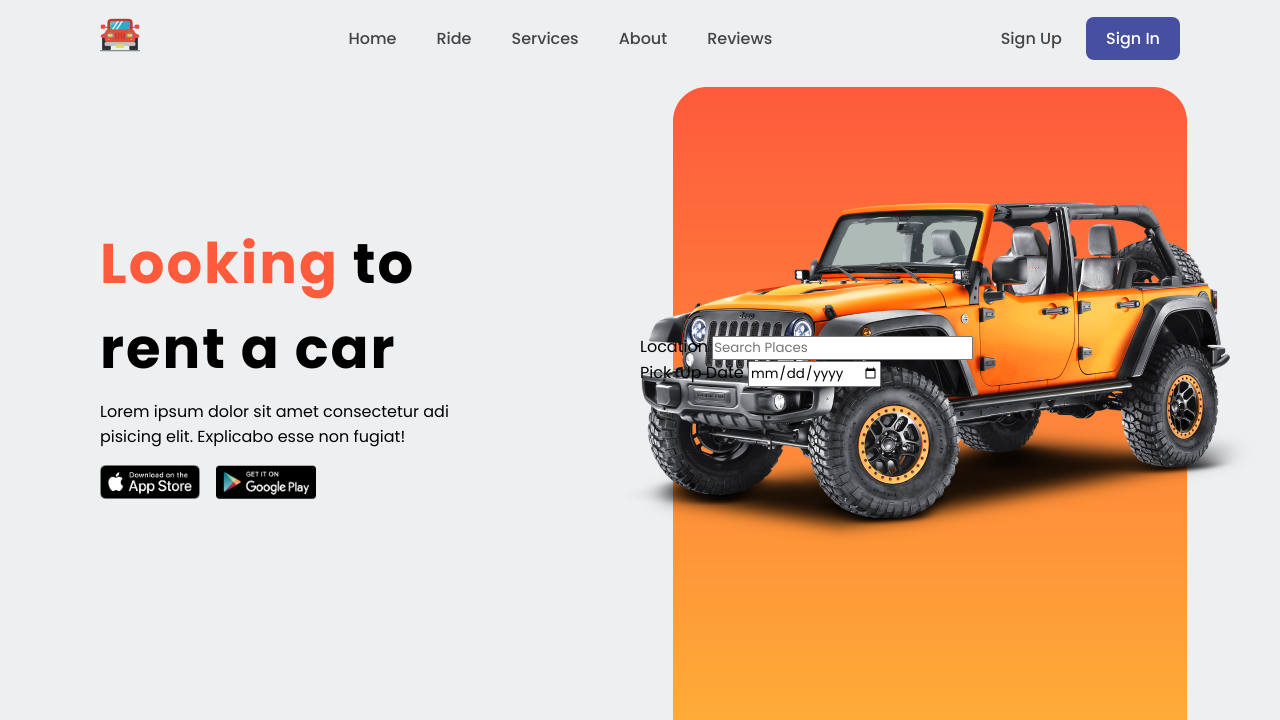
Repository: douglasabnovato/car-rental
Page: index.html
The author's editor kept a copy of each file at every save. The page is drawn from the files as they stood at one save, then again after the next save.
The browser window is 1280 px wide. The pictures show the whole page.

Above is the page before, as saved 2025-05-16 12:01:43.

After the next save:
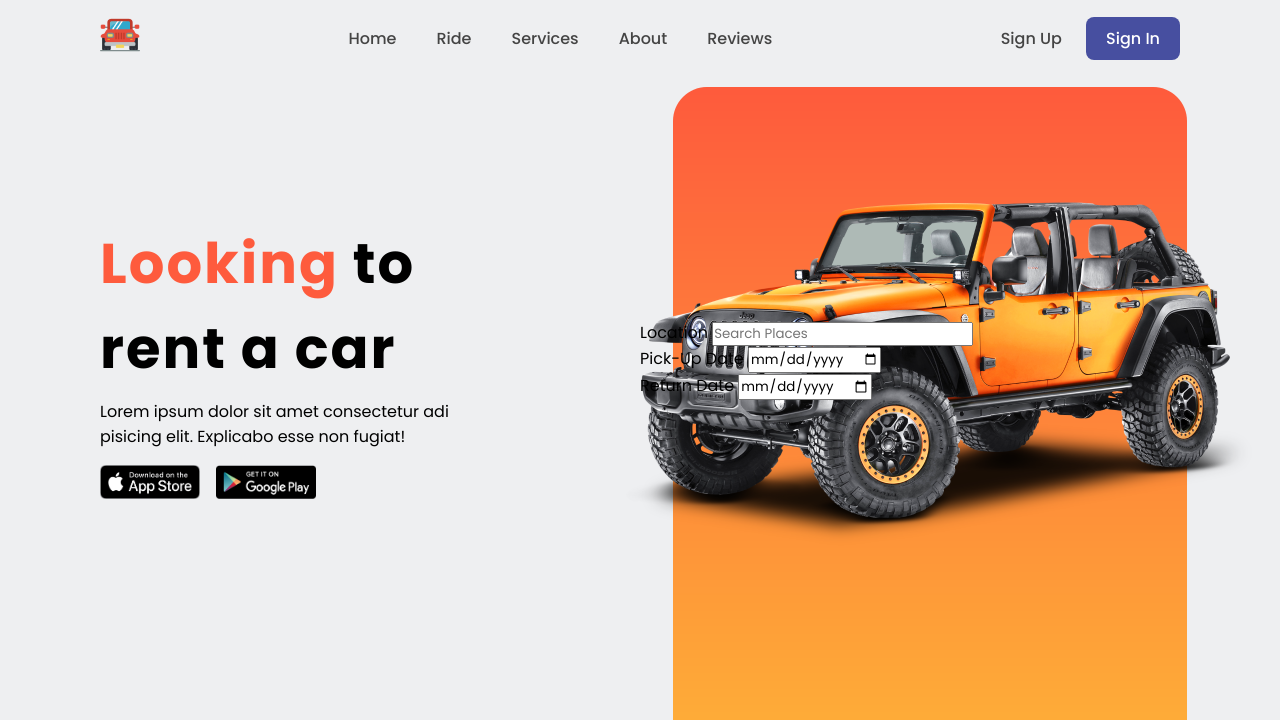
Saved 24 s later.
--- a/index.html
+++ b/index.html
@@ -56,6 +56,10 @@
             <span>Pick-Up Date</span>
             <input type="date" name="" id="" />
           </div>
+          <div class="input-box">
+            <span>Return Date</span>
+            <input type="date" name="" id="" />
+          </div>
         </form>
       </div>
     </section>
